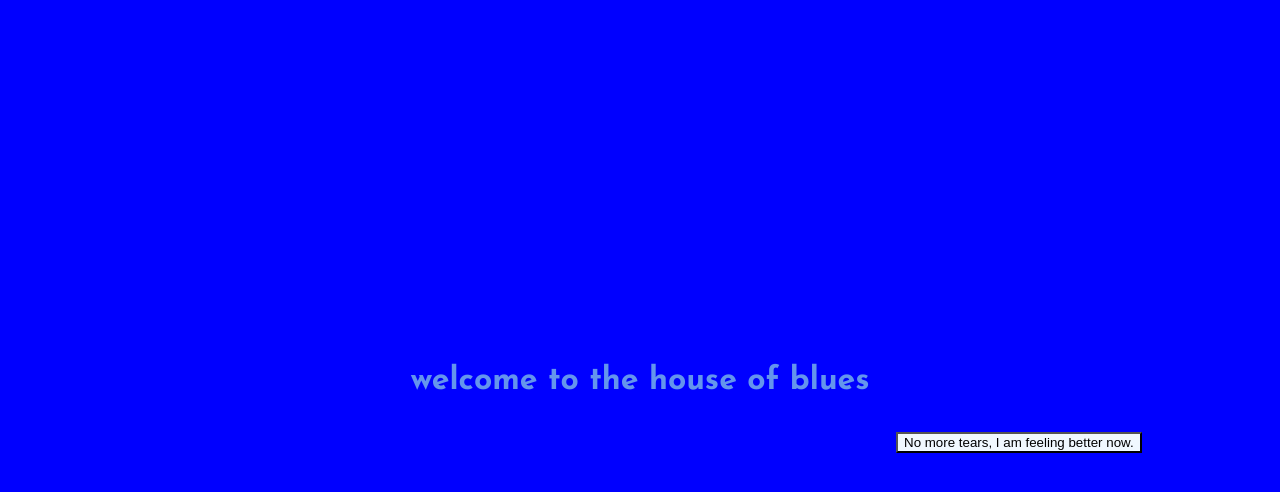
Repository: olivia-clarkeedwards/house-of-blues
Page: index.html
The author's editor kept a copy of each file at every save. The page is drawn from the files as they stood at one save, then again after the next save.
The browser window is 1280 px wide. The pictures show the whole page.

Above is the page before, as saved 2023-02-16 12:44:22.

After the next save:
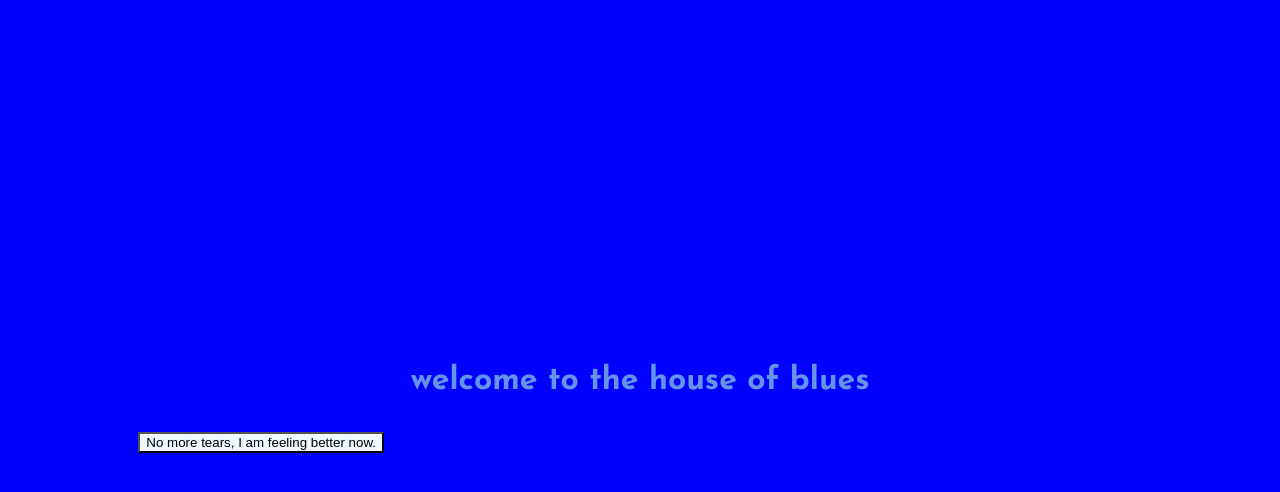
Saved 9 s later.
--- a/main.css
+++ b/main.css
@@ -27,7 +27,7 @@ p {
 button {
   position: absolute;
   top: 60%;
-  left: 70%;
+  right: 70%;
   background-color: aliceblue;
 }
 
